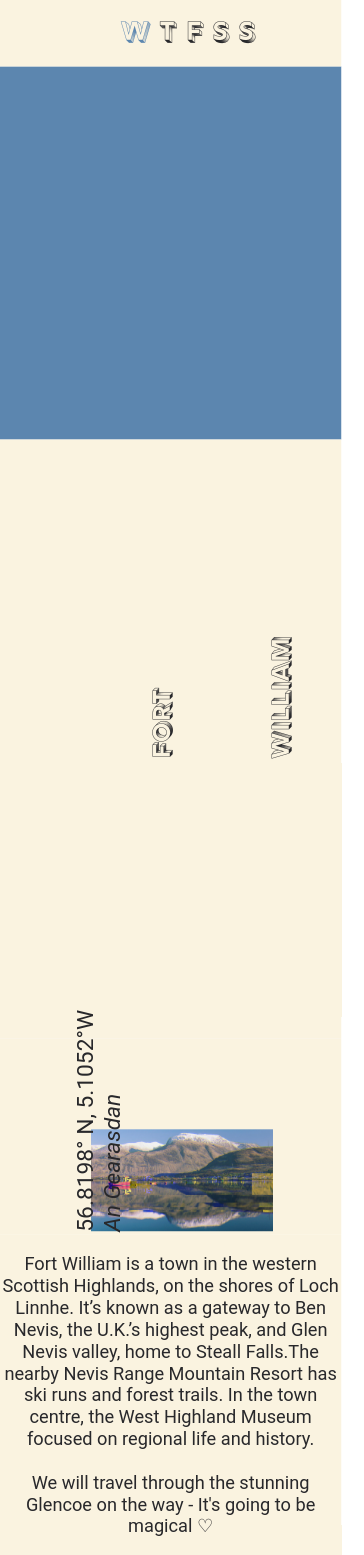
Repository: etak-yram/FINAL-CFG-WEB-DEV
Page: wednesday.html
An editor plug-in stored every save of this project. The page is shown before and after the next save, followed by the edit.
The browser window is 375 px wide. The page is 375 px wide, then 400 px, so the pictures cover 400 px, including what lies to the right of the window. The pictures show the whole page, at 91% of full size.

Above is the page before, as saved 2022-07-27 12:32:33.

After the next save:
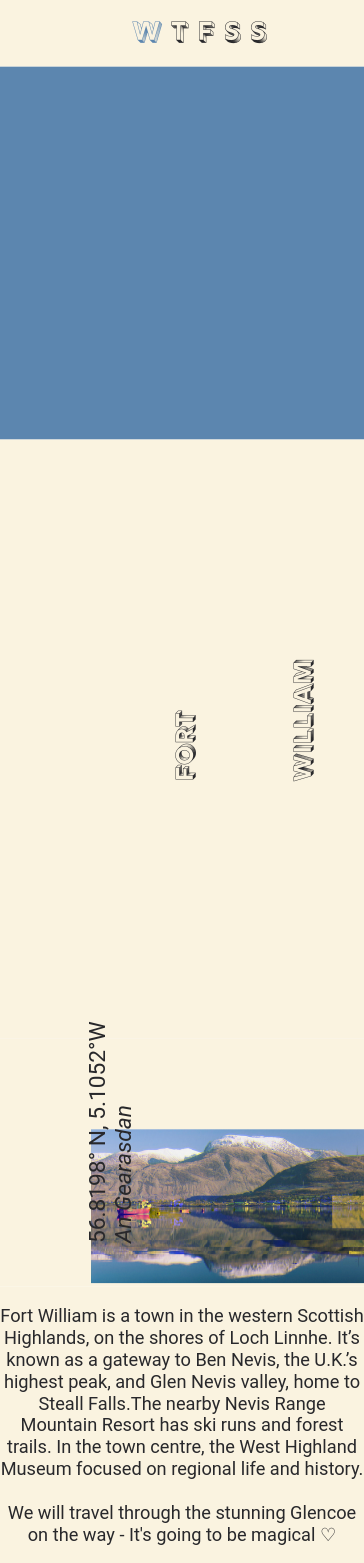
Saved 22 s later.
--- a/style-main.css
+++ b/style-main.css
@@ -214,7 +214,7 @@ main-img {
 }
 
 .home-image {
-  width: 200px;
+  width: 80vw;
 }
 
 
